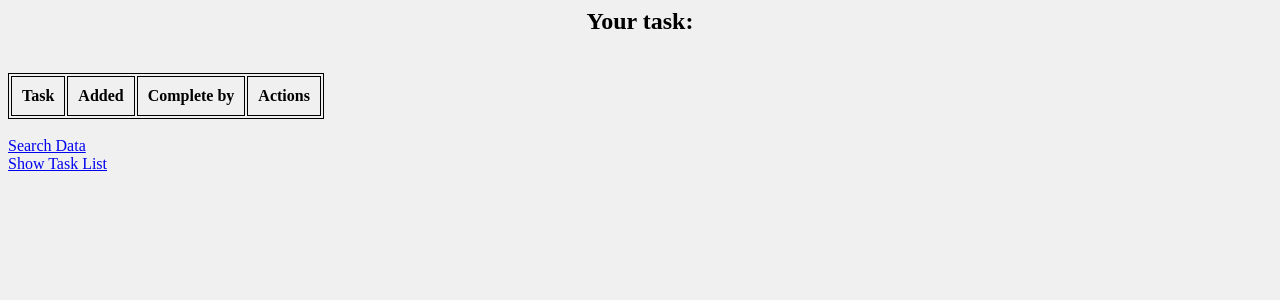
Repository: huappy/Tech-Exercise
Page: http://localhost/Tech_Exercise_Hausman/TaskDisplay
The author's editor kept a copy of each file at every save. The page is drawn from the files as they stood at one save, then again after the next save.
The browser window is 1280 px wide. The pictures show the whole page.
The page is served by Tomcat 9. Other server files are loaded and not shown. Queries for data that is not in the repository find no rows.

Above is the page before, as saved 2023-03-23 06:19:34.

### workspace4830-Tech_Exercise-Hausman/Tech_Exercise_Hausman/src/main/webapp/WEB-INF/config.properties
url=jdbc:mysql://ec2-3-136-157-109.us-east-2.compute.amazonaws.com:3306/tech_exercise?useSSL=false
user= Hap
password= CJoy410

### workspace4830-Tech_Exercise-Hausman/Tech_Exercise_Hausman/src/main/java/TaskDisplay.java
import java.sql.SQLException;
import java.io.IOException;
import java.io.PrintWriter;
import java.sql.Connection;
import java.sql.PreparedStatement;
import java.sql.ResultSet;


import javax.servlet.ServletException;
import javax.servlet.annotation.WebServlet;
import javax.servlet.http.HttpServlet;
import javax.servlet.http.HttpServletRequest;
import javax.servlet.http.HttpServletResponse;


@WebServlet("/TaskDisplay")
public class TaskDisplay extends HttpServlet {
	private static final long serialVersionUID = 1L;

	public TaskDisplay() {
		super();
	}

	protected void doGet(HttpServletRequest request, HttpServletResponse response) throws ServletException, IOException {
		Connection connection = null;
			//Set connection and attempt to create table
			TaskDatabaseConnection.getConnection(getServletContext());
			connection = TaskDatabaseConnection.connection;

			// Set response content type
			response.setContentType("text/html");
			PrintWriter out = response.getWriter();
			String title = "Your task:";

			String docType = "<!doctype html public \"-//w3c//dtd html 4.0 " + "transitional//en\">\n";
			out.println(docType +
					"<html>" +
					"<head><title>" + title + "</title></head>\n" +
					"<style>table, th, td{\r\n"
					+ "	border: 1px solid;\r\n"+
					"table{"
					+ "width: 50%"
					+ "}"
					+ "th, td{"
					+ "padding: 10px"
					+ "}</style>"+
					"<body bgcolor=\"#f0f0f0\">\n" +
					"<h2 align=\"center\">" + title + "</h2>\n" +
					"<br>"+
					"<table>" +
					"<tr>" +
					"<th>Task</th>" +
					"<th>Added</th>" +
					"<th>Complete by</th>" +
					"<th>Actions</th>");


			try {
				String selectSQL = "SELECT * FROM TaskList";
				// String thisUser = "user%";
				PreparedStatement preparedStatement = connection.prepareStatement(selectSQL);
				// preparedStatement.setString(1, thisUser);
				ResultSet rs = preparedStatement.executeQuery();

				//TODO: Use this as the task display. Combine this loop with the content display stuff in InserTask. Probably will have to delete the getWriter statements below
				while (rs.next()) {
					String id = rs.getString("ID");
					String task = rs.getString("TASK");
					String date = rs.getString("DATE_CREATED");
					String complete_by = rs.getString("COMPLETE_BY");
					response.getWriter().append("<tr><td>  "+ id + "  </td>");
					response.getWriter().append("<td>  " + task + "  </td>");
					response.getWriter().append("<td>  " + date + "  </td>");
					response.getWriter().append("<td>  " + complete_by + "  </td></tr><br><br>");
				}
			} catch (SQLException e) {
				e.printStackTrace();
			}
			//TODO: add buttons and labels to links
			out.println("</table><br><a href=/Tech_Exercise_Hausman/src/main/webapp/InsertTask.html>Search Data</a> <br>");
			out.println("<a href=/Tech_Exercise_Hausman/src/main/webapp/TaskDisplay.html>Show Task List</a> <br>");
			//TODO: make update button that deletes your old taks then takes you to the insert page

			out.println("</body></html>");


	}


	protected void doPost(HttpServletRequest request, HttpServletResponse response) throws ServletException, IOException {
		doGet(request, response);
	}
}

### workspace4830-Tech_Exercise-Hausman/Tech_Exercise_Hausman/src/main/java/TaskDatabaseConnection.java
import java.sql.Connection;
import java.sql.DriverManager;

import javax.servlet.ServletContext;

public class TaskDatabaseConnection{
	//initializes connection to none
	static Connection connection = null;
	// defines the set of methods the servlet uses to make its connection
	static ServletContext servletContext;

	static void getConnection() {
		//Retrieves the connection
		System.out.println("-----------Connecting to MySQL JDBC----------------");
		try {
			Class.forName("com.mysql.jdbc.Driver");
		}
		catch (ClassNotFoundException e) {
			System.out.println("MySQL JDBC Driver not found...");
			e.printStackTrace();
			return;
		}
		//If JDBC Driver is found then we reinitialize the connection then try to make the connection
		System.out.println("MySQL JDBC Driver Found!");

		connection = null;
		try {
			//try to connect
			UtilTaskProp.loadProperty(servletContext);
			connection = DriverManager.getConnection(getURL(), getUserName(),getPassword());
		}
		catch (Exception e){
			//if it can't connect
			System.out.println("Connection Failed! Check output console");
		}
		//if the connection is made, tell the user
		if(connection != null) {
			System.out.println("Database connected!");
		}
		else {
			System.out.println("Failed to make connection!");
		}
	}

	//retrieves URL from property file
	static String getURL() {
		String url = UtilTaskProp.getProp("url");
		System.out.println("[DBG] URL: "+ url);
		return url;
	}

	//retrieves Username from property file
	static String getUserName() {
		String user = UtilTaskProp.getProp("user");
		System.out.println("[DBG] User: " + user);
		return user;
	}

	//retrieves Password from property file
	static String getPassword() {
		String password = UtilTaskProp.getProp("password");
		System.out.println("[DBG] password:" + password);
		return password;
	}

	public static void getConnection(ServletContext context) {
		servletContext = context;
		getConnection();
	}


}

### workspace4830-Tech_Exercise-Hausman/Tech_Exercise_Hausman/src/main/java/UtilTaskProp.java
import java.util.Properties;
import javax.servlet.ServletContext;
import java.io.File;
import java.io.InputStream;

public class UtilTaskProp{
	static Properties prop = new Properties();

	public static void loadProperty(ServletContext servletContext) throws Exception{
		String filePath = "/WEB-INF/config.properties";
		InputStream inputstream = servletContext.getResourceAsStream(filePath);

		System.out.println("[DBG] Loaded: " + new File(filePath).getAbsolutePath());
		prop.load(inputstream);
	}

	public static String getProp(String key) {
		return prop.getProperty(key).trim();
	}
}

After the next save:
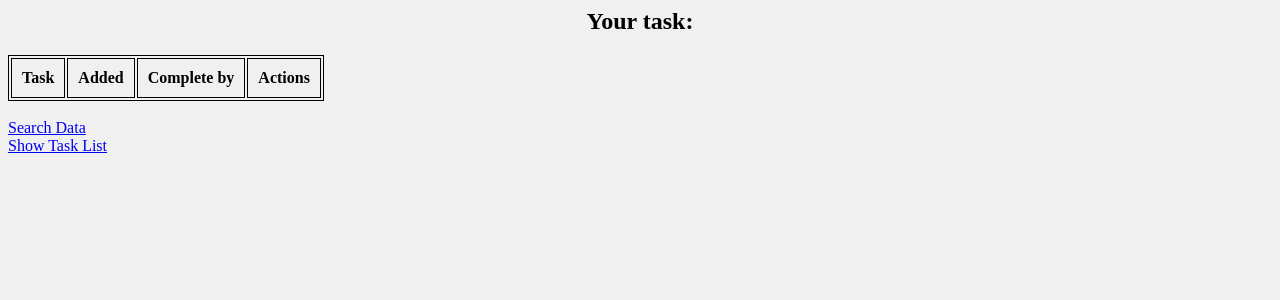
Saved 11 min 44 s later.
--- a/workspace4830-Tech_Exercise-Hausman/Tech_Exercise_Hausman/src/main/java/TaskDisplay.java
+++ b/workspace4830-Tech_Exercise-Hausman/Tech_Exercise_Hausman/src/main/java/TaskDisplay.java
@@ -39,14 +39,13 @@ public class TaskDisplay extends HttpServlet {
 					"<style>table, th, td{\r\n"
 					+ "	border: 1px solid;\r\n"+
 					"table{"
-					+ "width: 50%"
+					+ "horizontal-align: center"
 					+ "}"
 					+ "th, td{"
 					+ "padding: 10px"
 					+ "}</style>"+
 					"<body bgcolor=\"#f0f0f0\">\n" +
 					"<h2 align=\"center\">" + title + "</h2>\n" +
-					"<br>"+
 					"<table>" +
 					"<tr>" +
 					"<th>Task</th>" +
@@ -71,7 +70,8 @@ public class TaskDisplay extends HttpServlet {
 					response.getWriter().append("<tr><td>  "+ id + "  </td>");
 					response.getWriter().append("<td>  " + task + "  </td>");
 					response.getWriter().append("<td>  " + date + "  </td>");
-					response.getWriter().append("<td>  " + complete_by + "  </td></tr><br><br>");
+					response.getWriter().append("<td>  " + complete_by + "  </td>"
+							+ "</tr><br><br>");
 				}
 			} catch (SQLException e) {
 				e.printStackTrace();
